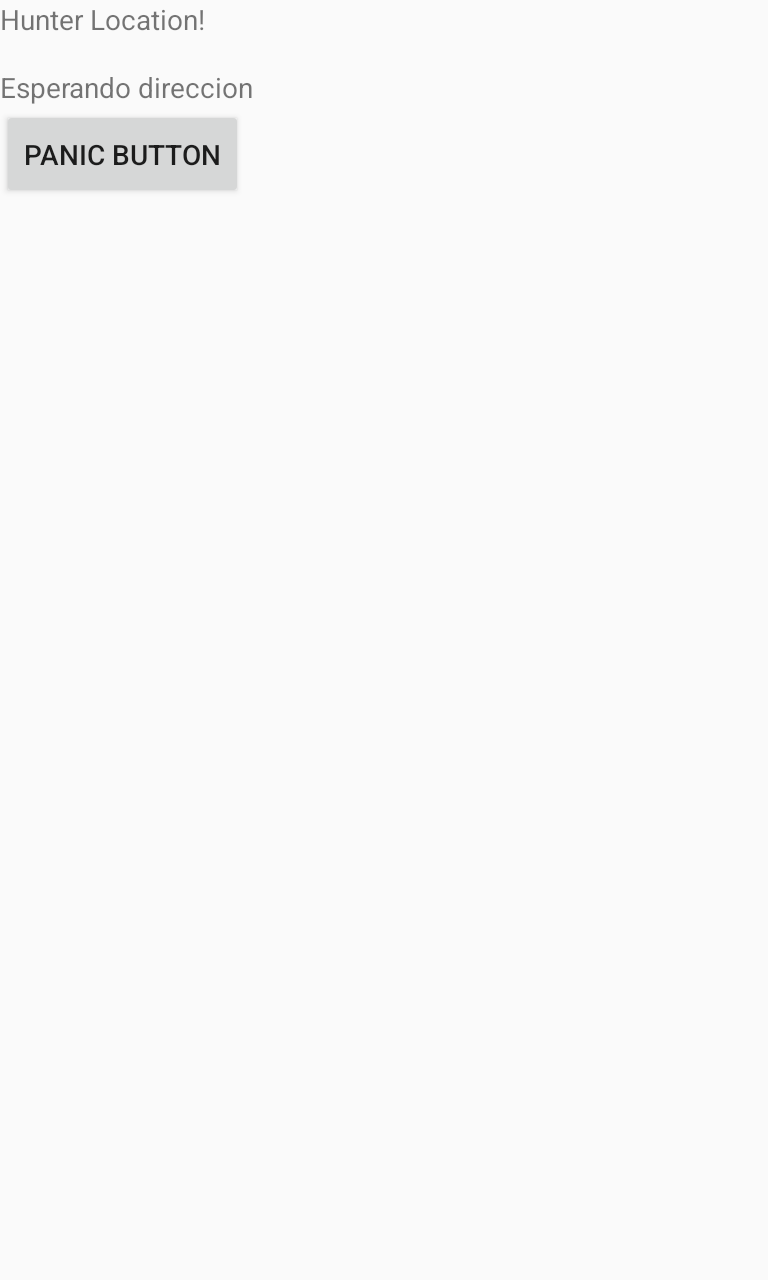
Repository: aludena18/android_apps
Layout: AlarmServiceLocation/res/layout/activity_main.xml
These files come from the project's save history. The layout is drawn as it stood at one moment and after the next save; the edit follows.
It is drawn on a 768 x 1280 px phone screen (xhdpi) without system bars, with theme AppTheme; the app's code is not run.

Above is the layout before, as saved 2015-07-16 21:34:28.

### AlarmServiceLocation/res/layout/activity_main.xml
<LinearLayout xmlns:android="http://schemas.android.com/apk/res/android"
    xmlns:tools="http://schemas.android.com/tools"
    android:layout_width="match_parent"
    android:layout_height="match_parent"
    android:orientation="vertical"
    tools:context="com.alg.alarmservicelocation.MainActivity" >

    <TextView
        android:layout_width="wrap_content"
        android:layout_height="wrap_content"
        android:text="@string/hello_world" />

    <LinearLayout
        android:layout_width="wrap_content"
        android:layout_height="wrap_content"
        android:orientation="horizontal" >
        <TextView
            android:id="@+id/txvDireccion"
            android:layout_marginTop="15dp"
            android:layout_width="wrap_content"
            android:layout_height="wrap_content"
            android:text="@string/etqTxvDireccion" />


    </LinearLayout>

    <Button
        android:id="@+id/btnPanic"
        android:layout_width="wrap_content"
        android:layout_height="wrap_content"
        android:text="@string/etqBtnPanic" />

</LinearLayout>

### AlarmServiceLocation/res/values/strings.xml
<?xml version="1.0" encoding="utf-8"?>
<resources>

    <string name="app_name">Alarm Service Location</string>
    <string name="hello_world">Hunter Location!</string>
    <string name="action_settings">Settings</string>

    <string name="etqBtnPanic">Panic Button</string>
    <string name="etqTxvDireccion">Esperando direccion</string>

</resources>

Loaded but not shown: AlarmServiceLocation/res/values/styles.xml (common file); AlarmServiceLocation/res/values-v11/styles.xml (common file); AlarmServiceLocation/res/values-v14/styles.xml (common file)

After the next save:
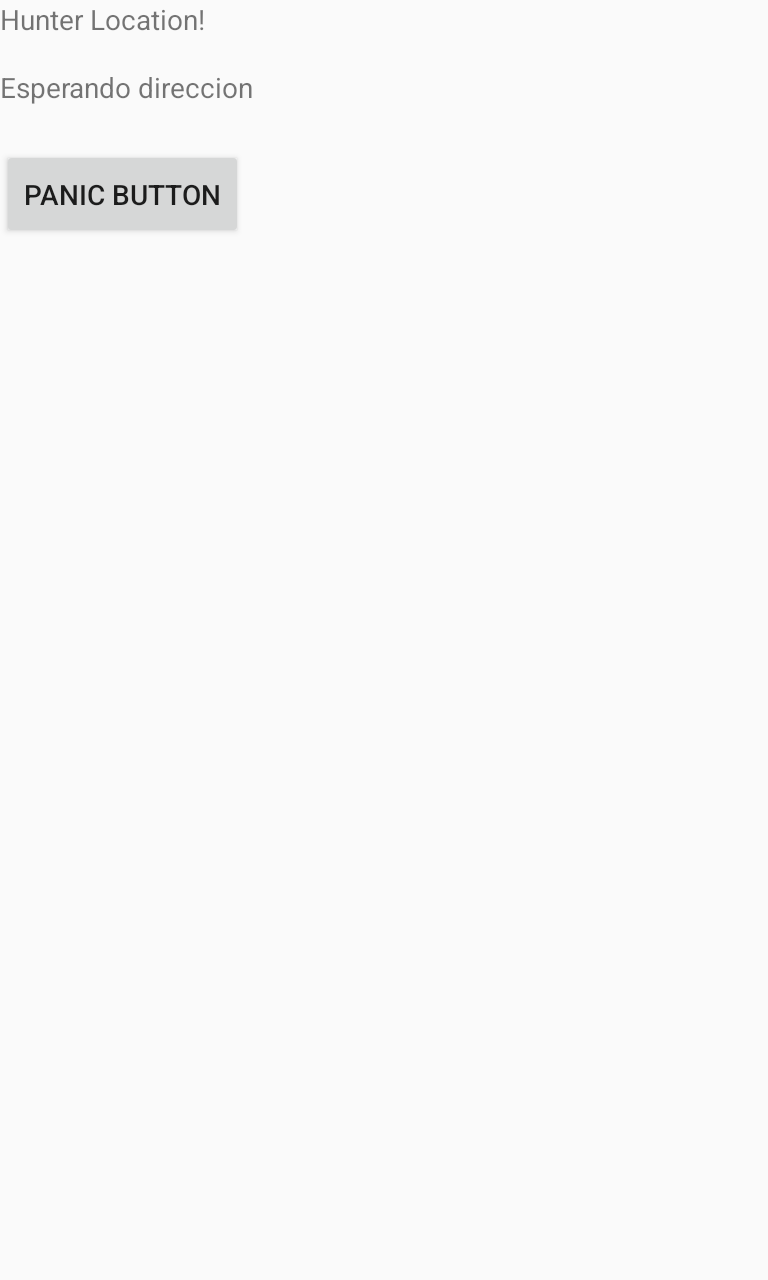
Saved 3 min 35 s later.
--- a/AlarmServiceLocation/res/layout/activity_main.xml
+++ b/AlarmServiceLocation/res/layout/activity_main.xml
@@ -14,20 +14,25 @@
         android:layout_width="wrap_content"
         android:layout_height="wrap_content"
         android:orientation="horizontal" >
+
         <TextView
             android:id="@+id/txvDireccion"
-            android:layout_marginTop="15dp"
             android:layout_width="wrap_content"
             android:layout_height="wrap_content"
+            android:layout_marginTop="15dp"
             android:text="@string/etqTxvDireccion" />
-
-
     </LinearLayout>
 
-    <Button
-        android:id="@+id/btnPanic"
+    <LinearLayout
+        android:paddingTop="20dp"
         android:layout_width="wrap_content"
         android:layout_height="wrap_content"
-        android:text="@string/etqBtnPanic" />
+        android:orientation="horizontal" >
+        <Button
+            android:id="@+id/btnPanic"
+            android:layout_width="wrap_content"
+            android:layout_height="wrap_content"
+            android:text="@string/etqBtnPanic" />
+    </LinearLayout>
 
 </LinearLayout>
